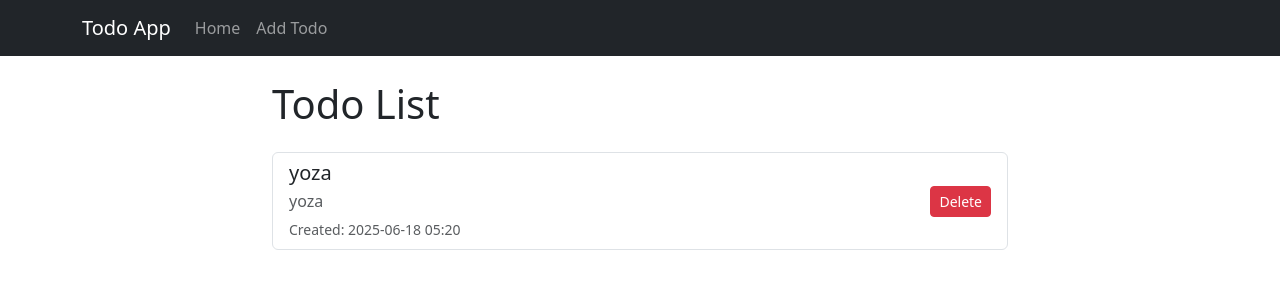
Repository: flow-ctrl369/Flask-Test
Page: http://localhost/
An editor plug-in stored every save of this project. The page is shown before and after the next save, followed by the edit.
The browser window is 1280 px wide. The pictures show the whole page.
The page is served by the project's application, run on Flask 3 (app.py). The page reads the database file committed with the project.

Above is the page before, as saved 2025-06-18 17:02:58.

### templates/index.html
{% extends "base.html" %} {% block title %}Todo List{% endblock %} {% block
content %}
<div class="row">
  <div class="col-md-8 offset-md-2">
    <h1 class="mb-4">Todo List</h1>

    {% if todos %}
    <div class="list-group">
      {% for todo in todos %}
      <div class="list-group-item todo-item">
        <div class="d-flex justify-content-between align-items-center">
          <div>
            <h5 class="mb-1">{{ todo.title }}</h5>
            {% if todo.description %}
            <p class="mb-1 text-muted">{{ todo.description }}</p>
            {% endif %}
            <small class="text-muted"
              >Created: {{ todo.created_at.strftime('%Y-%m-%d %H:%M') }}</small
            >
          </div>
          <a
            href="{{ url_for('delete', id=todo.id) }}"
            class="btn btn-danger btn-sm"
            onclick="return confirm('Are you sure you want to delete this todo?')"
          >
            Delete
          </a>
        </div>
      </div>
      {% endfor %}
    </div>
    {% else %}
    <div class="alert alert-info">
      No todos yet! <a href="{{ url_for('add') }}">Add your first todo</a>
    </div>
    {% endif %}
  </div>
</div>
{% endblock %}

### templates/base.html
<!DOCTYPE html>
<html lang="en">
  <head>
    <meta charset="UTF-8" />
    <meta name="viewport" content="width=device-width, initial-scale=1.0" />
    <title>{% block title %}Todo App{% endblock %}</title>
    <link
      href="https://cdn.jsdelivr.net/npm/bootstrap@5.3.0/dist/css/bootstrap.min.css"
      rel="stylesheet"
    />
    <style>
      .todo-item {
        transition: all 0.3s ease;
      }
      .todo-item:hover {
        transform: translateX(5px);
      }
    </style>
  </head>
  <body>
    <nav class="navbar navbar-expand-lg navbar-dark bg-dark">
      <div class="container">
        <a class="navbar-brand" href="{{ url_for('index') }}">Todo App</a>
        <button
          class="navbar-toggler"
          type="button"
          data-bs-toggle="collapse"
          data-bs-target="#navbarNav"
        >
          <span class="navbar-toggler-icon"></span>
        </button>
        <div class="collapse navbar-collapse" id="navbarNav">
          <ul class="navbar-nav">
            <li class="nav-item">
              <a class="nav-link" href="{{ url_for('index') }}">Home</a>
            </li>
            <li class="nav-item">
              <a class="nav-link" href="{{ url_for('add') }}">Add Todo</a>
            </li>
          </ul>
        </div>
      </div>
    </nav>

    <div class="container mt-4">
      {% with messages = get_flashed_messages(with_categories=true) %} {% if
      messages %} {% for category, message in messages %}
      <div
        class="alert alert-{{ category if category != 'error' else 'danger' }} alert-dismissible fade show"
      >
        {{ message }}
        <button
          type="button"
          class="btn-close"
          data-bs-dismiss="alert"
        ></button>
      </div>
      {% endfor %} {% endif %} {% endwith %} {% block content %}{% endblock %}
    </div>

    <script src="https://cdn.jsdelivr.net/npm/bootstrap@5.3.0/dist/js/bootstrap.bundle.min.js"></script>
  </body>
</html>

### app.py
import os
from datetime import datetime
from flask import Flask, render_template, request, redirect, url_for, jsonify, flash
from flask_sqlalchemy import SQLAlchemy
from dotenv import load_dotenv
import smtplib
from email.mime.text import MIMEText
from email.mime.multipart import MIMEMultipart

# Load environment variables
load_dotenv()

app = Flask(__name__)
app.config['SECRET_KEY'] = os.getenv('FLASK_SECRET_KEY', 'dev-key-please-change')
app.config['SQLALCHEMY_DATABASE_URI'] = 'sqlite:///todo.db'
db = SQLAlchemy(app)

# Todo Model
class Todo(db.Model):
    id = db.Column(db.Integer, primary_key=True)
    title = db.Column(db.String(100), nullable=False)
    description = db.Column(db.Text, nullable=True)
    completed = db.Column(db.Boolean, default=False)
    created_at = db.Column(db.DateTime, default=datetime.utcnow)

    def __repr__(self):
        return f'<Todo {self.title}>'

# Create database tables
with app.app_context():
    db.create_all()

def send_email_notification(todo):
    """Send email notification when a new todo is added"""
    try:
        msg = MIMEMultipart()
        msg['From'] = os.getenv('SMTP_USERNAME')
        msg['To'] = os.getenv('SMTP_USERNAME')  # Sending to self for demo
        msg['Subject'] = f"New Todo Added: {todo.title}"

        body = f"""
        A new todo item has been added:

        Title: {todo.title}
        Description: {todo.description}
        Created at: {todo.created_at}
        """
        msg.attach(MIMEText(body, 'plain'))

        server = smtplib.SMTP(os.getenv('SMTP_SERVER'), int(os.getenv('SMTP_PORT', 587)))
        server.starttls()
        server.login(os.getenv('SMTP_USERNAME'), os.getenv('SMTP_PASSWORD'))
        server.send_message(msg)
        server.quit()
    except Exception as e:
        print(f"Failed to send email: {e}")

@app.route('/')
def index():
    """Display all todo items"""
    todos = Todo.query.order_by(Todo.created_at.desc()).all()
    return render_template('index.html', todos=todos)

@app.route('/add', methods=['GET', 'POST'])
def add():
    """Add a new todo item"""
    if request.method == 'POST':
        title = request.form.get('title')
        description = request.form.get('description')

        if not title:
            flash('Title is required!', 'error')
            return redirect(url_for('add'))

        todo = Todo(title=title, description=description)
        db.session.add(todo)
        db.session.commit()

        # Send email notification
        send_email_notification(todo)

        flash('Todo added successfully!', 'success')
        return redirect(url_for('index'))

    return render_template('add.html')

@app.route('/delete/<int:id>')
def delete(id):
    """Delete a todo item"""
    todo = Todo.query.get_or_404(id)
    db.session.delete(todo)
    db.session.commit()
    flash('Todo deleted successfully!', 'success')
    return redirect(url_for('index'))

@app.route('/toggle/<int:id>')
def toggle(id):
    """Toggle completion status of a todo item"""
    todo = Todo.query.get_or_404(id)
    todo.completed = not todo.completed
    db.session.commit()

    status = "completed" if todo.completed else "uncompleted"
    flash(f'Todo marked as {status}!', 'success')
    return redirect(url_for('index'))

@app.route('/status')
def status():
    """Return API status"""
    return jsonify({"status": "ok"})

if __name__ == '__main__':
    app.run(debug=True)

### instance/todo.db (the tables this page reads, as SQL)
CREATE TABLE todo (
	id INTEGER NOT NULL, 
	title VARCHAR(100) NOT NULL, 
	description TEXT, 
	completed BOOLEAN, 
	due_date DATE, 
	category VARCHAR(50), 
	created_at DATETIME, 
	PRIMARY KEY (id)
);
INSERT INTO "todo" VALUES
(1, 'yoza', 'yoza', 0, '2025-06-26', NULL, '2025-06-18 05:20:51.004569');

After the next save:
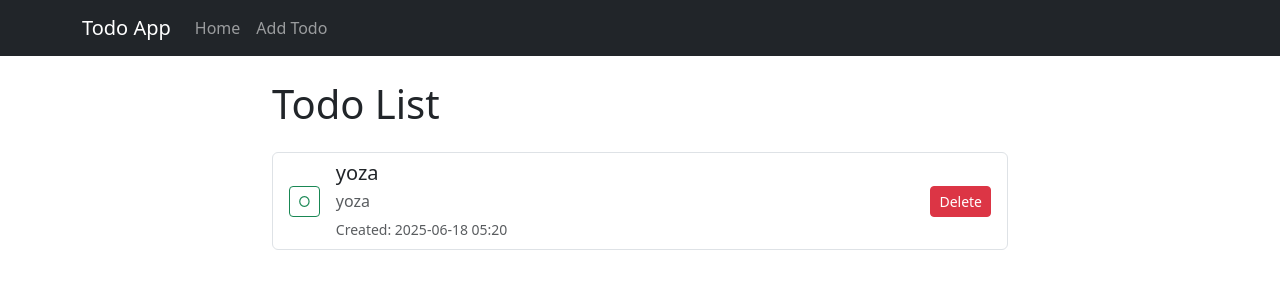
Saved 13 s later.
--- a/templates/index.html
+++ b/templates/index.html
@@ -7,16 +7,35 @@ content %}
     {% if todos %}
     <div class="list-group">
       {% for todo in todos %}
-      <div class="list-group-item todo-item">
+      <div
+        class="list-group-item todo-item {% if todo.completed %}completed-todo{% endif %}"
+      >
         <div class="d-flex justify-content-between align-items-center">
-          <div>
-            <h5 class="mb-1">{{ todo.title }}</h5>
-            {% if todo.description %}
-            <p class="mb-1 text-muted">{{ todo.description }}</p>
-            {% endif %}
-            <small class="text-muted"
-              >Created: {{ todo.created_at.strftime('%Y-%m-%d %H:%M') }}</small
+          <div class="d-flex align-items-center">
+            <a
+              href="{{ url_for('toggle', id=todo.id) }}"
+              class="btn btn-sm me-3 {% if todo.completed %}btn-success{% else %}btn-outline-success{% endif %}"
             >
+              {% if todo.completed %} ✓ {% else %} ○ {% endif %}
+            </a>
+            <div>
+              <h5
+                class="mb-1 {% if todo.completed %}text-decoration-line-through text-muted{% endif %}"
+              >
+                {{ todo.title }}
+              </h5>
+              {% if todo.description %}
+              <p
+                class="mb-1 text-muted {% if todo.completed %}text-decoration-line-through{% endif %}"
+              >
+                {{ todo.description }}
+              </p>
+              {% endif %}
+              <small class="text-muted"
+                >Created: {{ todo.created_at.strftime('%Y-%m-%d %H:%M')
+                }}</small
+              >
+            </div>
           </div>
           <a
             href="{{ url_for('delete', id=todo.id) }}"
